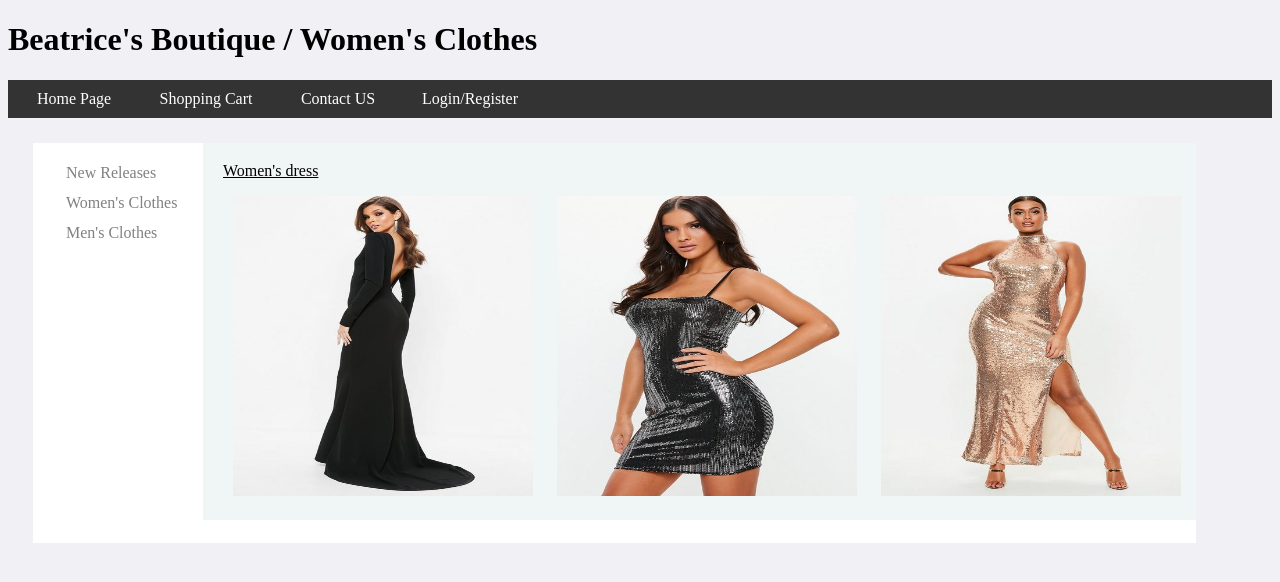
Repository: IosifDobos/Beatrice-Boutique
Page: http://localhost/BeatriceBoutique/womensClothes.jsp
An editor plug-in stored every save of this project. The page is shown before and after the next save, followed by the edit.
The browser window is 1280 px wide. The pictures show the whole page.
The page is served by Tomcat 9.

Above is the page before, as saved 2018-12-04 17:15:52.

After the next save:
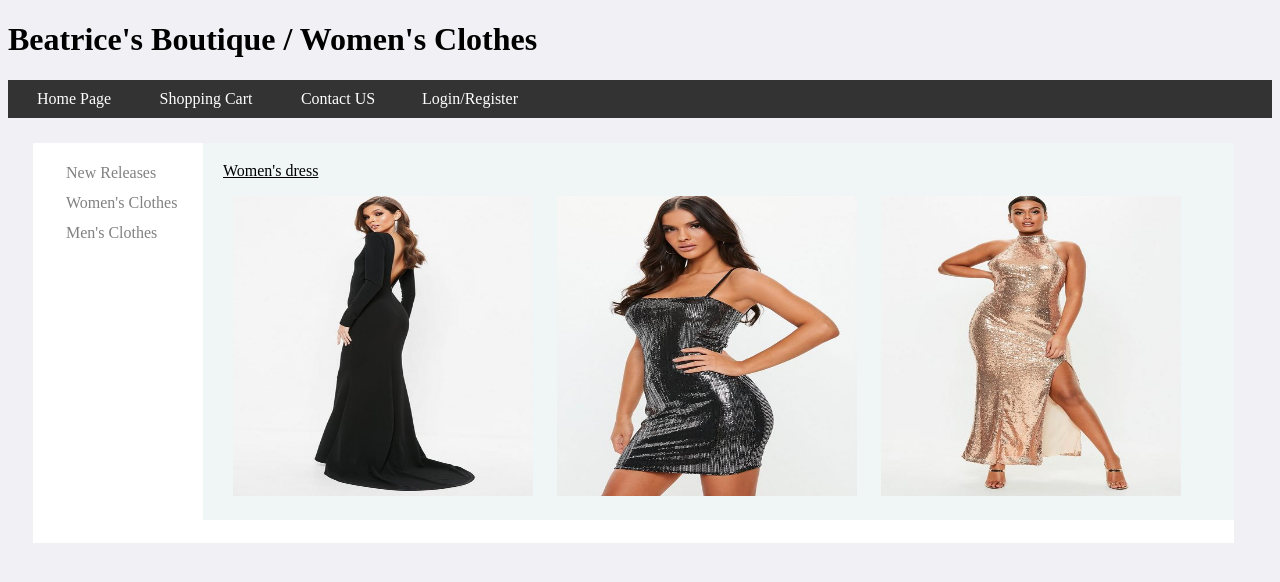
Saved 29 s later.
--- a/BeatriceBoutique/Java/WorkSpace/BeatriceBoutique/WebContent/styleSheet.css
+++ b/BeatriceBoutique/Java/WorkSpace/BeatriceBoutique/WebContent/styleSheet.css
@@ -44,7 +44,7 @@ li a:hover {
 	margin-left: 25px;
 	background-color:  white;
 	min-height: 400px;
-	width: 92%;
+	width: 95%;
 }
 
 /*#container:after{
